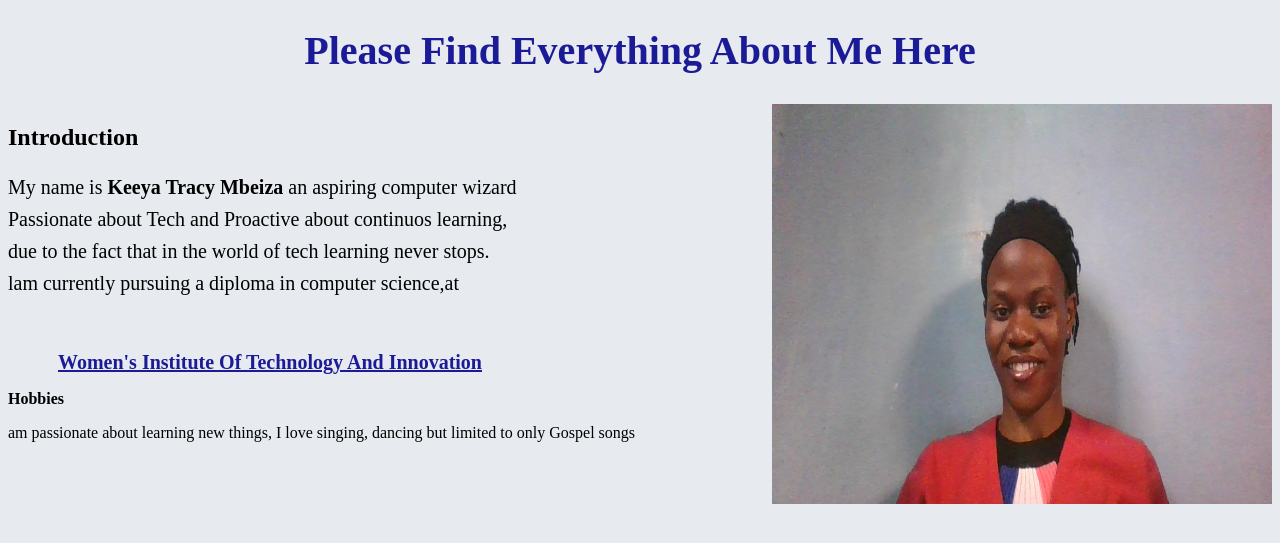
Repository: tracykeeya/my_first_web
Page: index.html
These files come from the project's save history. The page is drawn as it stood at one moment and after a run of saves; the edit follows.
The browser window is 1280 px wide. The pictures show the whole page.

Above is the page before, as saved 2025-11-03 12:16:29.

After the next 2 saves:
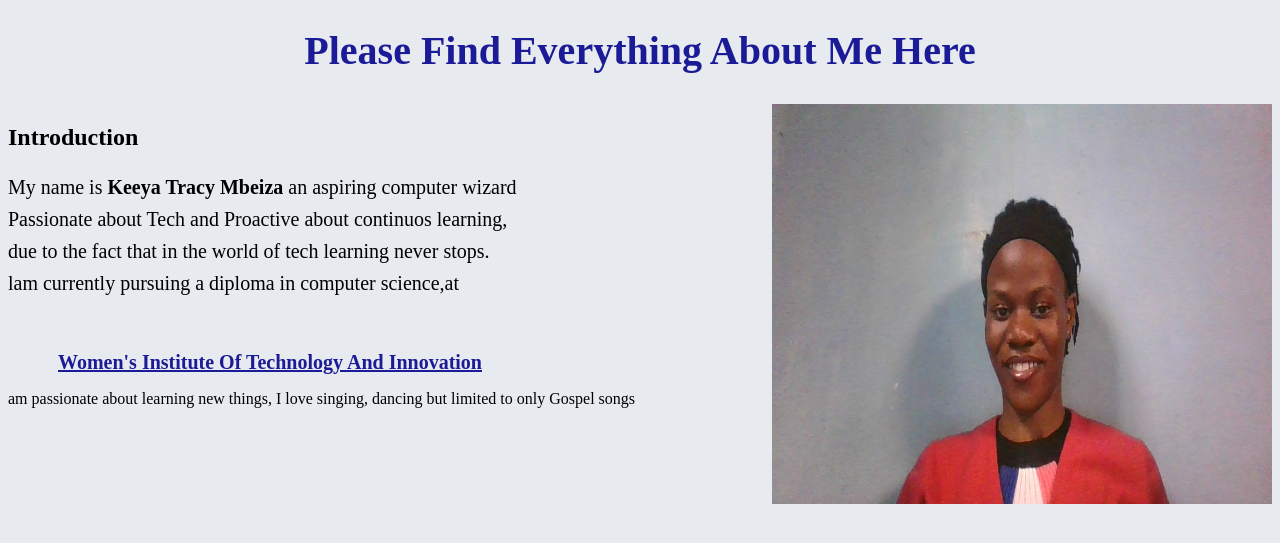
The 2 saves are shown as one change because they came seconds apart.
The last was saved 70 s later.
--- a/index.html
+++ b/index.html
@@ -20,7 +20,7 @@
         </br></p>
     <a href="https://www.witi.ac.ug/" target="_blank" style="position: relative; left: 50px; color: rgb(27, 27, 151); font-size: 20px; font-weight: bold;"><b> Women's Institute Of Technology And Innovation</b></a>
 
-    <p><b>Hobbies</b></p>
+    <h2Hobbies</b></p>
     <p> am passionate about learning new things,
     I love singing, dancing but limited to only Gospel songs</p>
         </div>
